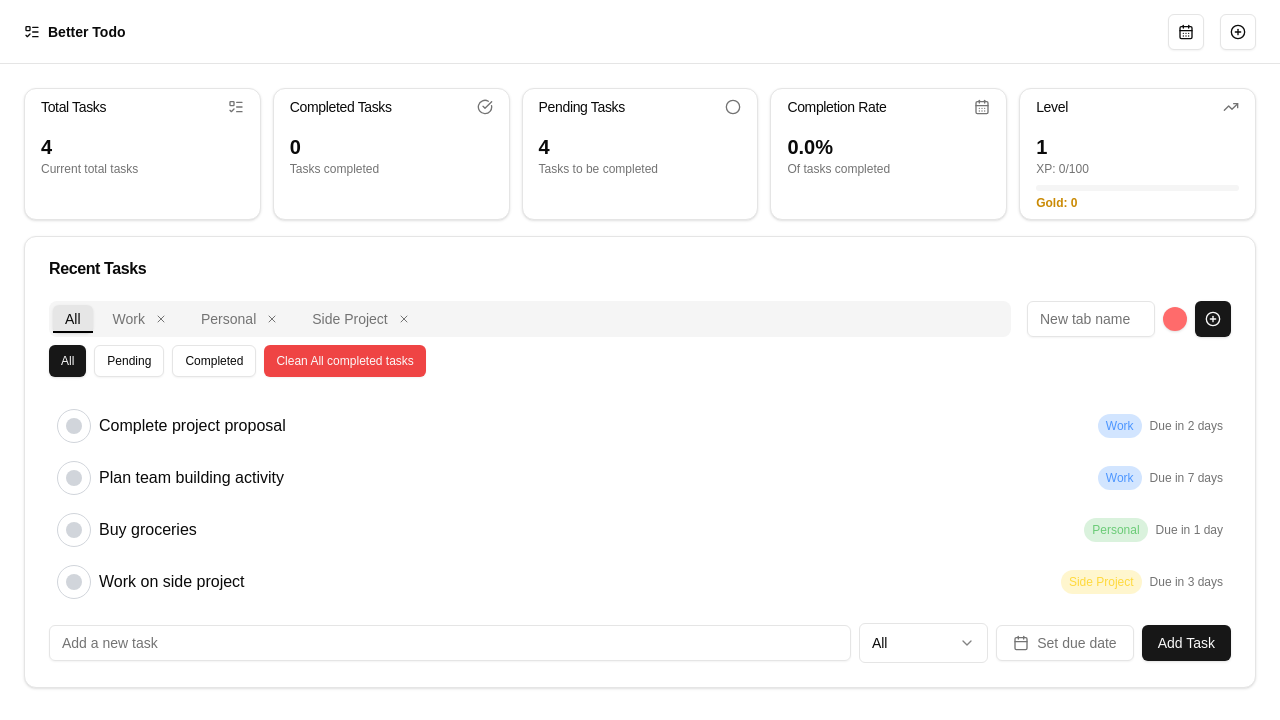
Repository: malikbarbier7/better-todo
Page: /dashboard
The author's editor kept a copy of each file at every save. The page is drawn from the files as they stood at one save, then again after the next save.
The browser window is 1280 px wide. The pictures show the whole page.
The project was rebuilt for these pictures with package versions that can differ from the ones it lists, and the page was loaded fresh each time. The framework's server and built-in components were replaced by stand-ins that run in the browser. Also part of the build but not shown: next.config.js, next.config.mjs, components/ui/calendar.tsx.

Above is the page before, as saved 2024-10-04 18:04:26.

After the next save:
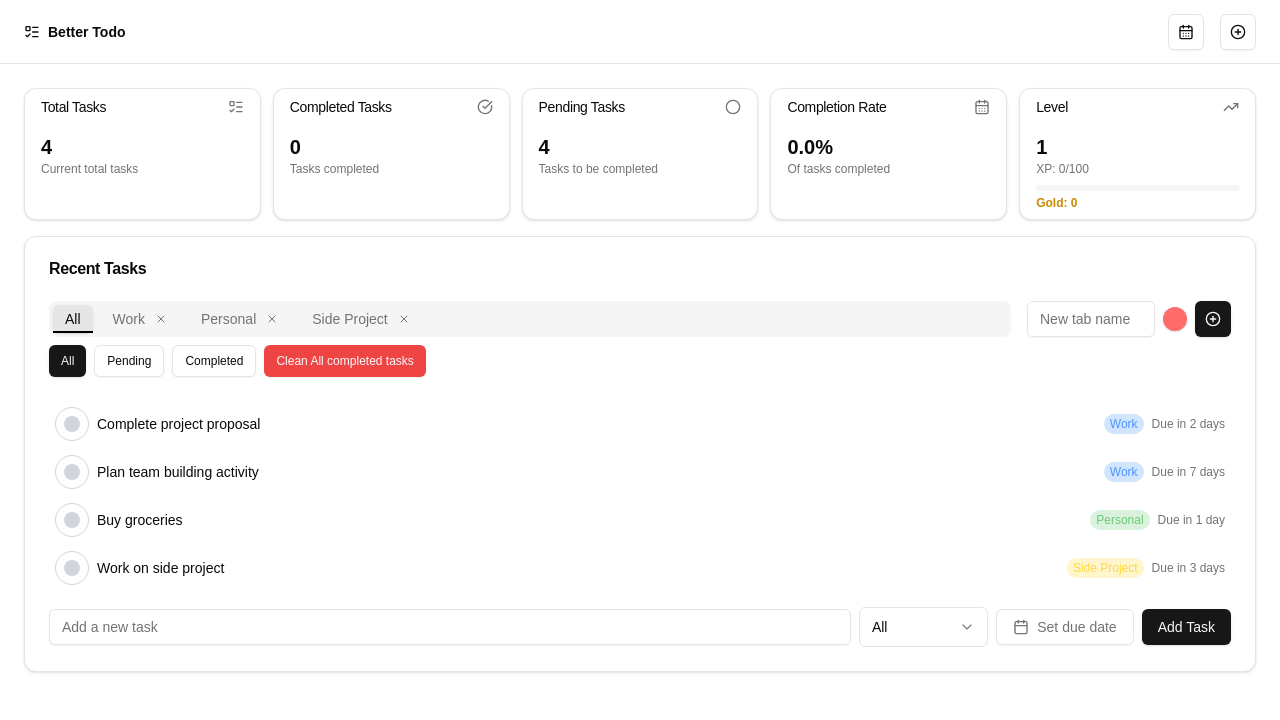
Saved 42 s later.
--- a/components/dashboard.tsx
+++ b/components/dashboard.tsx
@@ -506,7 +506,7 @@ export function Dashboard() {
                         {filteredTasks.map((task) => (
                           <div
                             key={task.id}
-                            className="flex items-center p-2 rounded-md"
+                            className="flex items-center p-1.5 rounded-md text-sm"
                           >
                             <div className="relative">
                               {task.status === 'completed' ? (
@@ -531,7 +531,7 @@ export function Dashboard() {
                               </span>
                               <div className="flex items-center justify-end space-x-2 min-w-[200px]">
                                 <span
-                                  className="text-xs px-2 py-1 rounded-full"
+                                  className="text-xs px-1.5 py-0.5 rounded-full"
                                   style={getCategoryStyle(task.category)}
                                 >
                                   {task.category}
